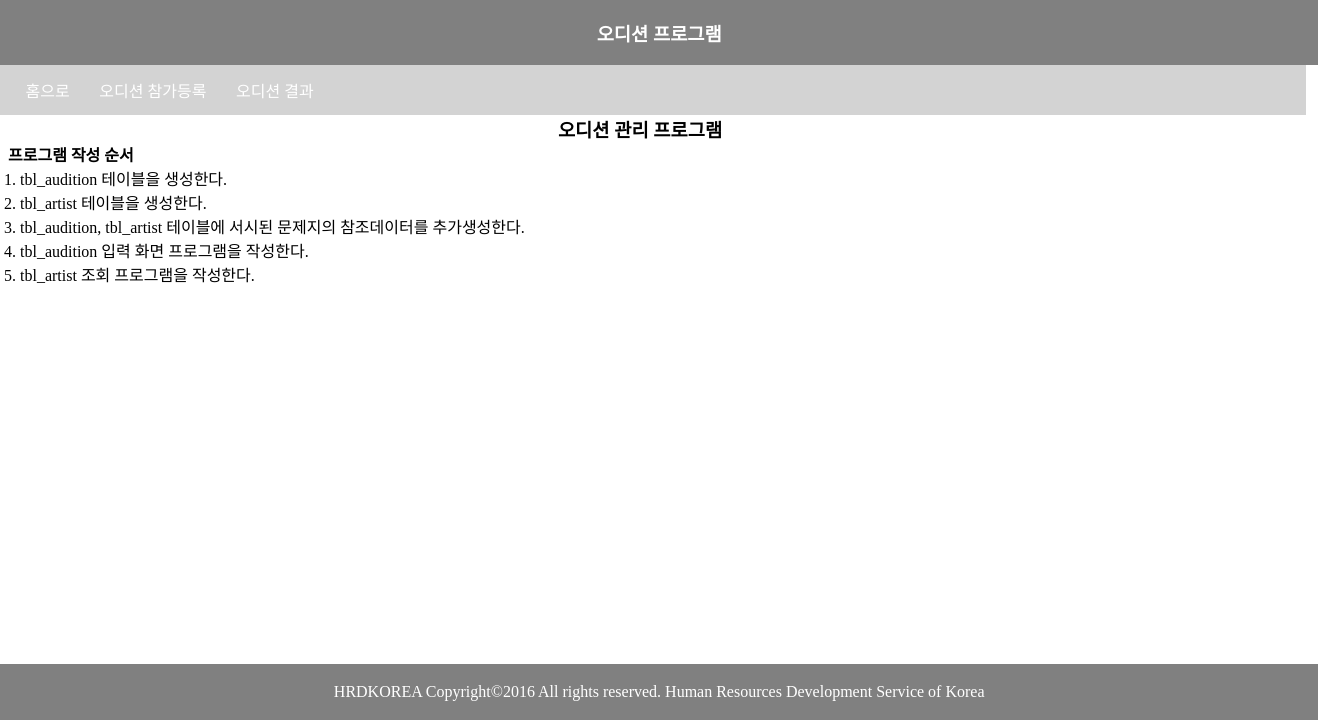
Repository: jieun000/Craftsman_Information_Processing
Page: http://localhost/Test/main.jsp
An editor plug-in stored every save of this project. The page is shown before and after the next save, followed by the edit.
The browser window is 1280 px wide. The page is 1318 px wide, so the pictures cover 1318 px, including what lies to the right of the window. The pictures show the whole page.
The page is served by Tomcat 9.

Above is the page before, as saved 2023-09-06 01:28:45.

After the next save:
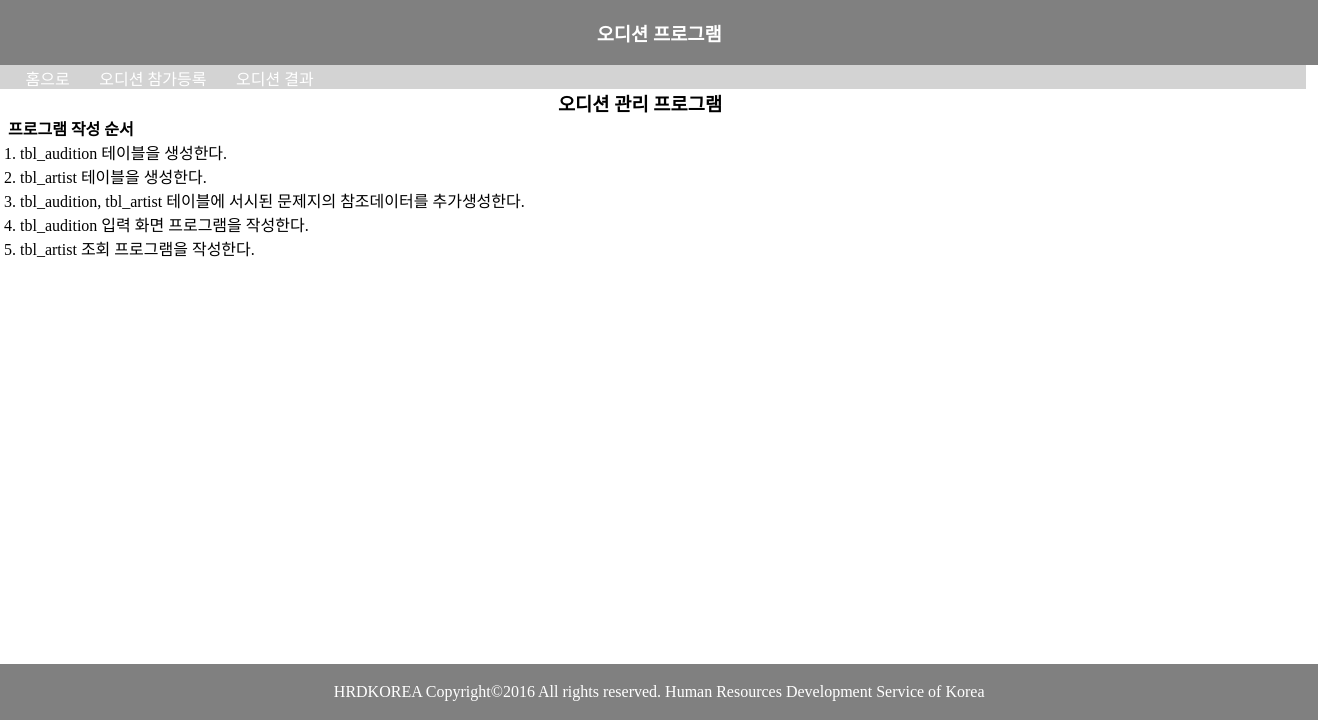
Saved 21 s later.
--- a/02_study/Test/src/main/webapp/main.jsp
+++ b/02_study/Test/src/main/webapp/main.jsp
@@ -15,7 +15,7 @@ nav > a:hover { background: gray; }
 	<header style="background: gray; color: white; text-align: center; width: 100%; padding: 1.5%;">
 		<h3>오디션 프로그램</h3>
 	</header>
-	<nav style="background: lightgray; width: 100%; padding: 1%;">
+	<nav style="background: lightgray; width: 100%; padding: 0 1%;">
 		<a href="main.jsp">홈으로</a>
 		<a href="joinForm.jsp">오디션 참가등록</a>
 		<a href="result.jsp">오디션 결과</a>
